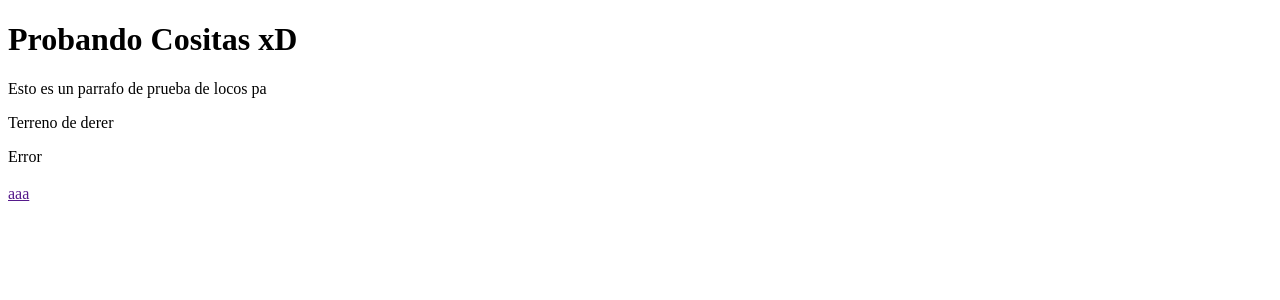
Repository: eschala/Innovadores-Adl_Sep2023
Page: React/react.html
An editor plug-in stored every save of this project. The page is shown before and after the next save, followed by the edit.
The browser window is 1280 px wide. The pictures show the whole page.

Above is the page before, as saved 2023-12-06 17:42:19.
Console error: SyntaxError: Unexpected token '<'

After the next save:
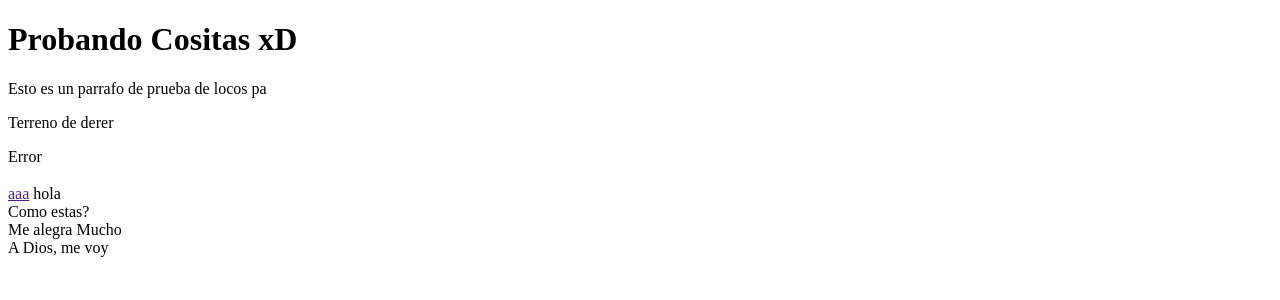
The error is gone.
Saved 5 s later.
--- a/React/script_.js
+++ b/React/script_.js
@@ -4,7 +4,7 @@
 
 for(let i=0; i<samir.length;i++){
 
-    document.write(samir[i]+<br>);
+    document.write(samir[i]+"<br>");
 
 
 
